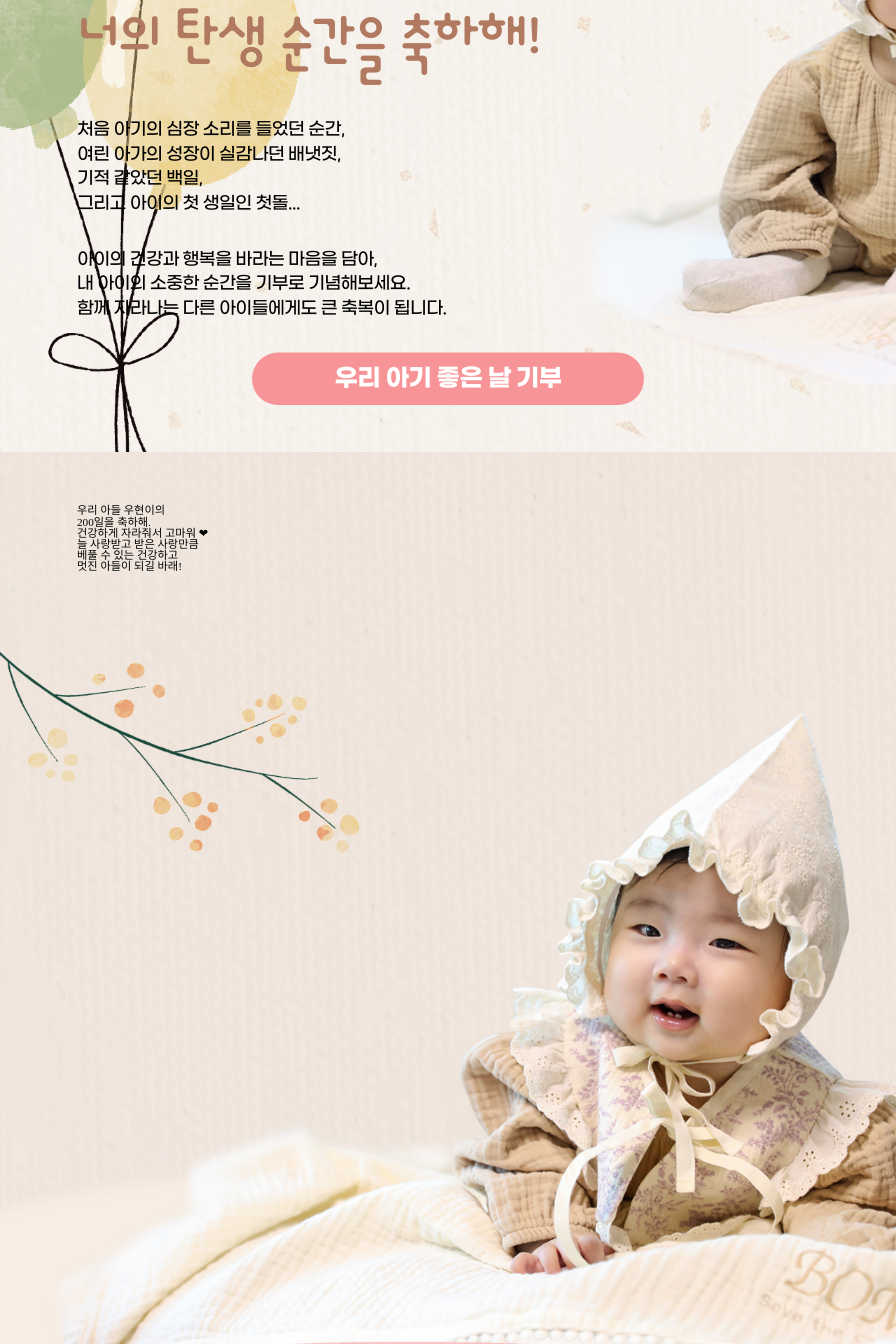
Repository: dlgywls1130/save_the_children
Page: index.html
The author's editor kept a copy of each file at every save. The page is drawn from the files as they stood at one save, then again after the next save.
The browser window is 1280 px wide. The pictures show the part of the page from y = 434 to 2354 px (the page is 4840 px tall), at 70% of full size.

Above is the page before, as saved 2023-12-12 21:43:04.

After the next save:
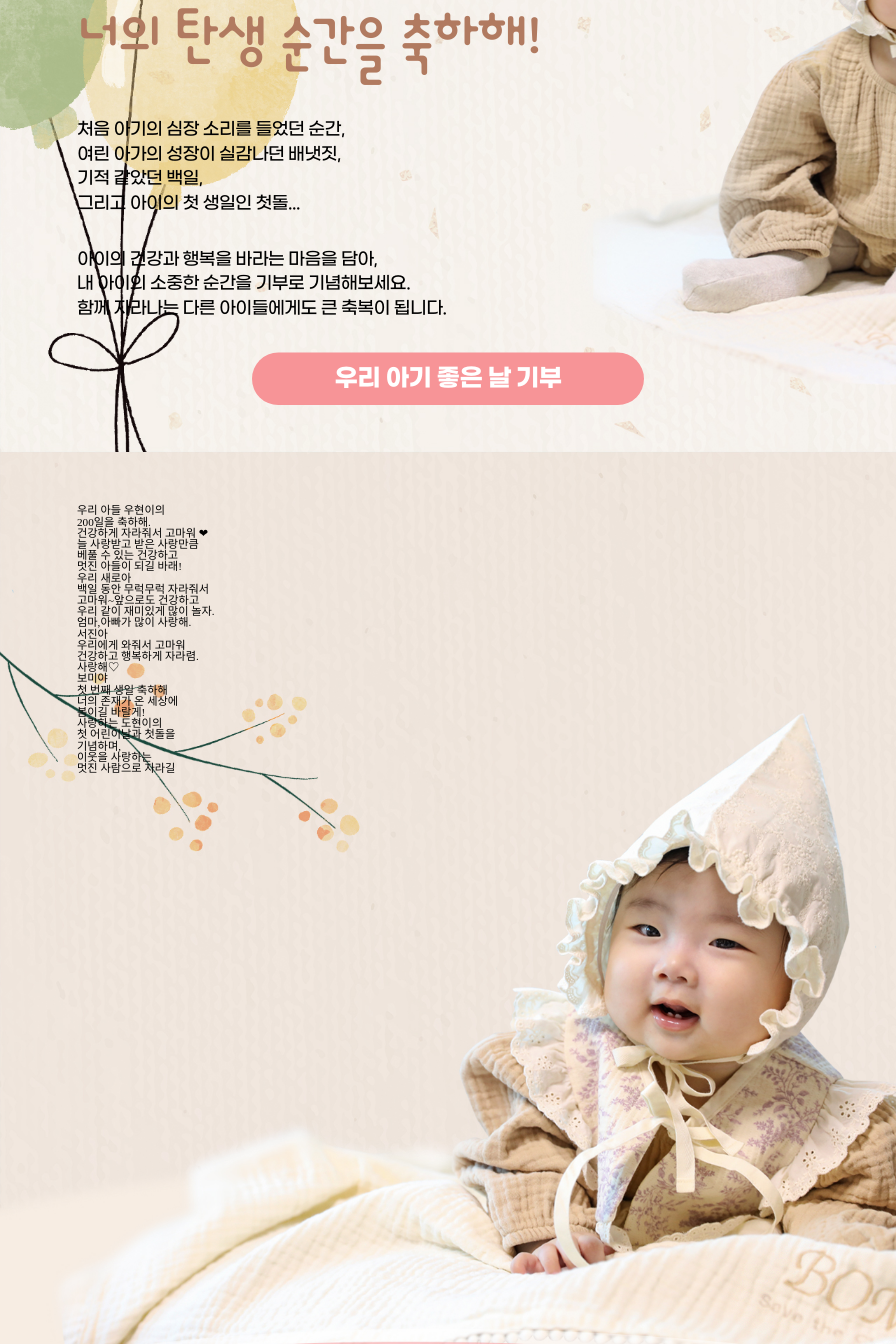
Saved 115 s later.
--- a/index.html
+++ b/index.html
@@ -47,7 +47,34 @@
                     건강하게 자라줘서 고마워 ❤<br>
                     늘 사랑받고 받은 사랑만큼<br>
                     베풀 수 있는 건강하고<br>
-                    멋진 아들이 되길 바래!<br>
+                    멋진 아들이 되길 바래!
+                </div>
+                <div class="postit postit01">
+                    우리 새로아<Br>
+                    백일 동안 무럭무럭 자라줘서<Br>
+                    고마워~앞으로도 건강하고<Br>
+                    우리 같이 재미있게 많이 놀자.<Br>
+                    엄마,아빠가 많이 사랑해.
+                </div>
+                <div class="postit postit01">
+                    서진아<br>
+                    우리에게 와줘서 고마워<br>
+                    건강하고 행복하게 자라렴.<br>
+                    사랑해♡
+                </div>
+                <div class="postit postit01">
+                    보미야<br>
+                    첫 번째 생일 축하해<br>
+                    너의 존재가 온 세상에<br>
+                    봄이길 바랄게!
+                </div>
+                <div class="postit postit01">
+                    사랑하는 도현이의<br>
+                    첫 어린이날과 첫돌을<br>
+                    기념하며, <br>
+                    이웃을 사랑하는<br>
+                    멋진 사람으로 자라길
+
                 </div>
             </div>
         </section>
